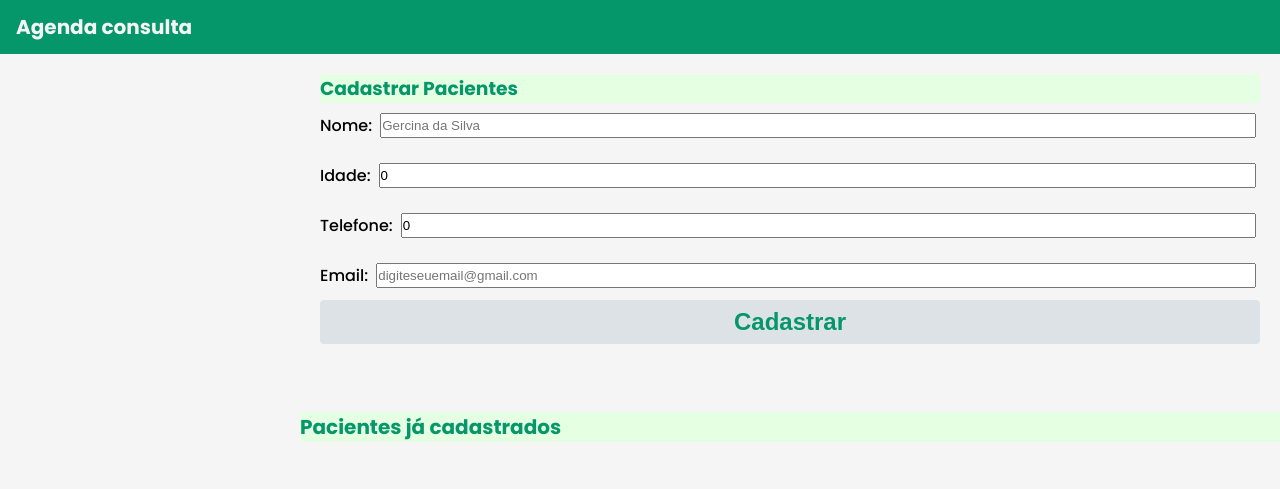
Repository: BarbaraCD/agendaconsulta
Page: /
These files come from the project's save history. The page is drawn as it stood at one moment and after the next save; the edit follows.
The browser window is 1280 px wide. The pictures show the whole page.
The page's requests for data from a server got no answer. The project was rebuilt for these pictures with package versions that can differ from the ones it lists, and the page was loaded fresh each time. No one was signed in, and anything a server would have sent is missing. Also part of the build but not shown: vite.config.ts, src/styles/StyleList.ts, src/components/Patients.tsx.

Above is the page before, as saved 2023-07-28 15:34:15.

### index.html
<!DOCTYPE html>
<html lang="en">
  <head>
    <meta charset="UTF-8" />
    <link rel="icon" type="image/svg+xml" href="/vite.svg" />
    <meta name="viewport" content="width=device-width, initial-scale=1.0" />

    <link rel="preconnect" href="https://fonts.googleapis.com">
    <link rel="preconnect" href="https://fonts.gstatic.com" crossorigin>
    <link href="https://fonts.googleapis.com/css2?family=Poppins:wght@400;500;700&display=swap" rel="stylesheet">

    <title>Agendamento de Consulta</title>
  </head>
  <body>
    <div id="root"></div>
    <script type="module" src="/src/main.tsx"></script>
  </body>
</html>

### src/main.tsx
import React from 'react'
import ReactDOM from 'react-dom/client'
import App from './App.tsx'
import { ThemeProvider } from 'styled-components'
import { theme } from './styles/Theme.ts'

ReactDOM.createRoot(document.getElementById('root')!).render(
  <React.StrictMode>
    <ThemeProvider theme={theme}>
      <App />
    </ThemeProvider>
  </React.StrictMode>,
)

### src/App.tsx
import './styles/global'
import { Header } from './components/Header'
import GlobalStyle from './styles/global'
import { CreatePatient } from './components/CreatePatient'

function App() {

  return (
    <>
      <GlobalStyle />
      <Header />
      {/* <Sidebar /> */}
      {/* <CreateDoctor/> */}
      <CreatePatient />

    </>
  )
}

export default App

### src/styles/Theme.ts

export const theme = {
  colors: {
    primary: '#059669',
    head: '#059669B3',
    900: '#6A8D73',
    800: '#AFC5A6',
    700: '#F4FDD9',
    100: '#E4FFE1',

    sbcolor: '#DCE2E6',
    gray: '#41414D',
    black: '#000',
    white: '#f5f5f5',
  },

  size: {
    sm: '14px',
    md: '16px',
    lg: '18px',
    xl: '20px',
    xxl: '24px'
  }
}

### src/styles/global.ts
import { createGlobalStyle } from 'styled-components'

export default createGlobalStyle`
  *{
    margin: 0;
    padding: 0;
    box-sizing: border-box;
  }
  body{
    font-family: 'Poppins', sans-serif;
    background: ${(props) => props.theme.colors.white};
    font-size: ${(props) => props.theme.size.xl};
  }
`

### src/components/Header.tsx
import { styled } from "styled-components"

const Container = styled.div`
  background-color: ${(props) => props.theme.colors.primary};
  padding: 12px 16px;
  color: ${(props) => props.theme.colors.white};
  font-weight: 700;
`

export function Header(){
  return (
    <Container>
      Agenda consulta
    </Container>
  )
}

### src/components/CreatePatient.tsx
import { useEffect, useState } from 'react'
import { Patients, PatientsProps } from './Patients'
import { createPatient, getPatient } from '../services/patient.services'
import { InputPatients } from './InputPatient'
import { SubmitButton } from './SubmitButton'
import { Container, Container2, Container3 }  from '../styles/CreateContainer'


export function CreatePatient(){

  const [patients, setPatients] = useState<PatientsProps[]>([])
  const [newPatient, setNewPatient] = useState<PatientsProps>({
    id: 0,
    name: '',
    age: 0,
    telephone: 0,
    email:''
  })

  useEffect(() => {
    fetchPatient().catch((error) => {
      console.error('Error fetching Patients:', error);
    });
  }, []);

  async function fetchPatient() {
    try {
      const response: PatientsProps[] = await getPatient();
      setPatients(response);
    } catch (error) {
      console.error('Error fetching Patients:', error);
    }
  }

  async function createNewPatient(){
    if(
      newPatient?.name.trim() !== '' &&
      typeof newPatient?.age === 'number' && newPatient?.age > 0 &&
      typeof newPatient?.telephone === 'number' && newPatient?.telephone > 0 &&
      newPatient?.email.trim() !== ''
      ){
        try {
          await createPatient(newPatient.name, newPatient.age, newPatient.telephone, newPatient.email);
          await fetchPatient();
            setNewPatient({
              id: 0,
              name: '',
              age: 0,
              telephone: 0,
              email: ''
            })
        console.log("Médico cadastrado com sucesso!")
        } catch(error){
          console.log("Erro ao cadastrar medico:", error)
        }
      } else {
        console.error("Por favor, preencha todos os campos corretamente.")
      }
  }

  return(
    <Container>
      <Container2>
        <InputPatients
          name={newPatient.name}
          age={newPatient.age}
          telephone={newPatient.telephone}
          email={newPatient.email}
          onNameChange={(value) => setNewPatient({ ...newPatient, name: value })}
          onAgeChange={(value) => setNewPatient({ ...newPatient, age: value })}
          onTelephoneChange={(value) => setNewPatient({ ...newPatient, telephone: value})}
          onEmailChange={(value) =>
            setNewPatient({ ...newPatient, email: value })
          }
        />

          <SubmitButton onClick={createNewPatient}/>
        </Container2>

        <Container3>
          <h3>Pacientes já cadastrados</h3>
          {patients.length > 0 && (
            patients.map((patients) => (
              <Patients
                id={patients.id}
                key={patients.id}
                name={patients.name}
                age={patients.age}
                telephone={patients.telephone}
                email={patients.email}
              />
            ))
          )}
        </Container3>

    </Container>
  )
}

### src/services/patient.services.ts
import axios from 'axios';
import { PatientsProps } from '../components/Patients'
import { api } from './ApiConfig'

export async function getPatient(): Promise<PatientsProps[]> {
  try {
    const response = await axios.get('http://localhost:3333/patient');
    // eslint-disable-next-line @typescript-eslint/no-unsafe-return
    return response.data;
  } catch (error) {
    throw new Error('Erro ao obter dados dos pacientes:');
  }
}

export async function createPatient(name: string, age: number, telephone: number, email: string){
  return api.post('/patient', {
    name,
    age,
    telephone,
    email,
  })
}

### src/components/InputPatient.tsx
import { InputContainer } from '../styles/InputContainer'

interface InputPatientsProps{
  name: string
  age: number
  telephone: number
  email: string
  onNameChange: (value: string) => void
  onAgeChange: (value: number) => void
  onTelephoneChange: (value: number) => void
  onEmailChange: (value: string) => void
}

export function InputPatients(props: InputPatientsProps) {
  return (
    <InputContainer>
      <h3>Cadastrar Pacientes</h3>
        <label>
          <p>Nome:</p>
          <input
            type="text"
            name="nome"
            value={props.name}
            onChange={(event) => props.onNameChange(event.target.value)}
            placeholder='Gercina da Silva'
          />
        </label>
        <br />
        <label>
          <p>Idade:</p>
          <input
            type="text"
            name="idade"
            value={props.age}
            onChange={(event) => props.onAgeChange(Number(event.target.value))}
            placeholder='idade'
          />
        </label>
        <br />
        <label>
          <p>Telefone:</p>
          <input
            type="text"
            name="telefone"
            value={props.telephone}
            onChange={(event) => props.onTelephoneChange(Number(event.target.value))}
          />
        </label>
        <br />
        <label>
          <p>Email:</p>
          <input
            type="text"
            name="email"
            value={props.email}
            onChange={(event) => props.onEmailChange(event.target.value)}
            placeholder='digiteseuemail@gmail.com'
          />
        </label>
    </InputContainer>
  );
}

### src/components/SubmitButton.tsx
import { styled } from "styled-components"

interface SubmitButtonProps {
  onClick: () => void
}

const StyledButton = styled.button`
  padding: 8px;
  margin: 12px 0;
  border-radius: 4px;
  color: ${(props) => props.theme.colors.primary};
  border: none;
  background-color: ${(props) => props.theme.colors.sbcolor};
  cursor: pointer;

  p{
    font-size: ${(props) => props.theme.size.xxl};
    font-weight: 700;
  }
`

export function SubmitButton({ onClick }: SubmitButtonProps) {
  return (
    <StyledButton onClick={onClick}>
      <p>
        Cadastrar
      </p>
    </StyledButton>
  )
}

### src/styles/CreateContainer.ts
import styled from "styled-components"

export const Container = styled.div`
  background-color: ${(props) => props.theme.colors.white};
  justify-content: start;
  align-items: center;
`

export const Container2 = styled.div`
  display: flex;
  flex-direction: column;
  margin-left: 300px;
  padding: 20px;
`
export const Container3 = styled.div`
  margin-top: 24px;
  flex-direction: column;
  margin-left: 300px;
  padding: 12px 0;

  h3{
    font-size: ${(props) => props.theme.size.xl};
    color: ${(props) => props.theme.colors.primary};
    background-color: ${(props) => props.theme.colors[100]};
    margin-bottom: 12px;
  }
`

### src/services/ApiConfig.ts
import axios from "axios";

export const api = axios.create({
  baseURL: 'http://localhost:3333',
})

### src/styles/InputContainer.ts
import styled from "styled-components"

export const InputContainer = styled.div`

  color: ${(props) => props.theme.colors.black};
  font-size: ${(props) => props.theme.size.md};

  h3 {
    background-color: ${(props) => props.theme.colors[100]};
    color: ${(props) => props.theme.colors.primary};
    margin-bottom: 10px;
  }

  label {
    display: flex;
    margin-right: 4px;
  }

  p{
    font-size: ${(props) => props.theme.size.md};
    font-weight: 500;
  }

  input {
    width: 80vw;
    margin-left: 8px;
  }
`

After the next save:
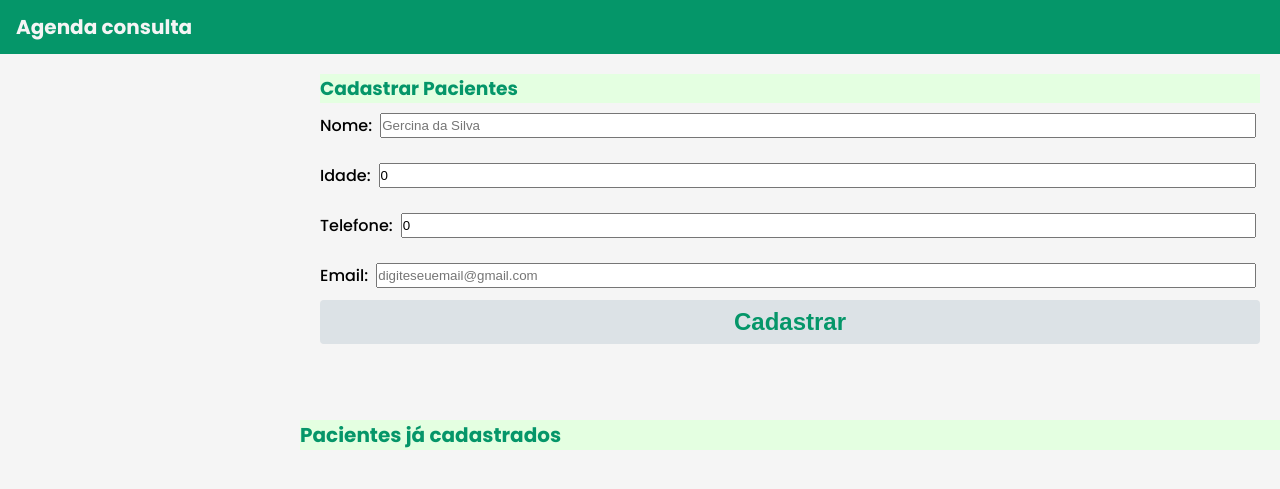
Saved 25 s later.
--- a/src/styles/CreateContainer.ts
+++ b/src/styles/CreateContainer.ts
@@ -16,7 +16,7 @@ export const Container3 = styled.div`
   margin-top: 24px;
   flex-direction: column;
   margin-left: 300px;
-  padding: 12px 0;
+  padding: 20px 0;
 
   h3{
     font-size: ${(props) => props.theme.size.xl};
